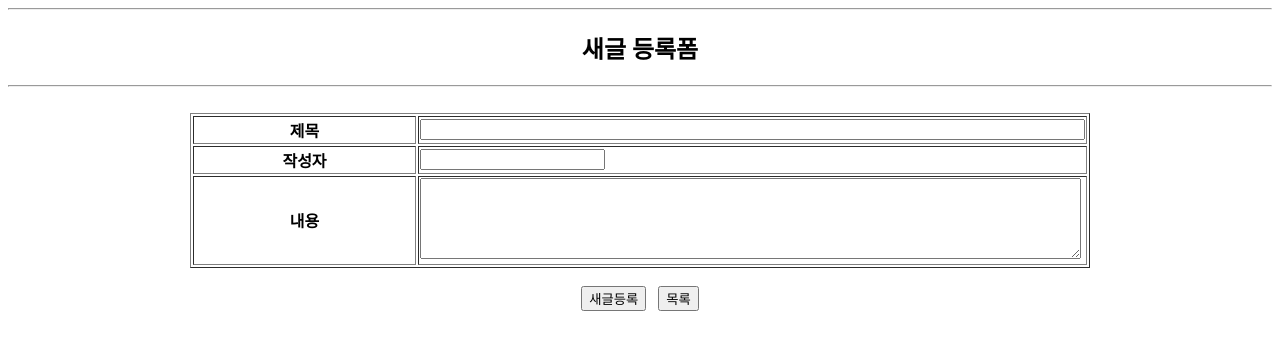
Repository: sunnny10/web-workspace
Page: http://localhost/Mission-Web/jsp/board/writeForm.jsp
An editor plug-in stored every save of this project. The page is shown before and after the next save, followed by the edit.
The browser window is 1280 px wide. The pictures show the whole page.
The page is served by Tomcat 9. Other server files are loaded and not shown.

Above is the page before, as saved 2022-06-02 08:19:38.

### Mission-Web/src/main/webapp/jsp/board/writeForm.jsp
<%@ page language="java" contentType="text/html; charset=UTF-8"
    pageEncoding="UTF-8"%>
<!DOCTYPE html>
<html>
<head>
<meta charset="UTF-8">
<title>Insert title here</title>
<script src="/Mission-Web/resource/js/jquery-3.6.0.min.js"></script>
<script>
	$(document).ready(function(){
		$('#listBtn').click(function(){
			location.href = 'list.jsp'
		})
	})

</script>
</head>
<body>
	<div align="center">
		<hr>
		<h2>새글 등록폼</h2>
		<hr>
		<br>
		<form>
			<table border="1" style="width=80%">
				<tr>
					<th width="25%">제목</th>
					<td><input type="text" name="title" size="80"></td>
				</tr>
				<tr>
					<th width="25%">작성자</th>
					<td><input type="text" name="writer"></td>
				</tr>
				<tr>
					<th width="25%">내용</th>
					<td>
						<textarea rows="5" cols="80" name="content"></textarea>
					</td>
				</tr>
			</table>
			<br>
			<input type="submit" value="새글등록">&nbsp;&nbsp;
			<button type="button" id="listBtn">목록</button>
		</form>
	</div>
</body>
</html>

Loaded but not shown: Mission-Web/src/main/webapp/resource/js/jquery-3.6.0.min.js (library)

After the next save:
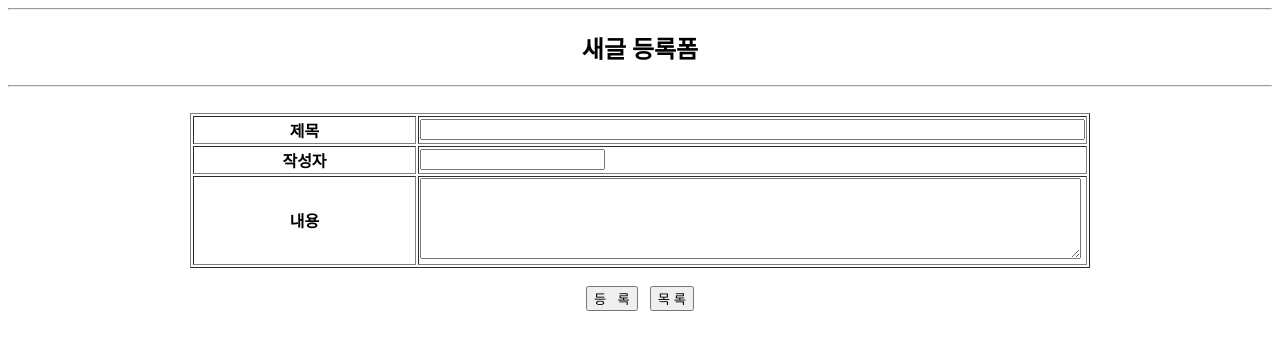
Saved 34 s later.
--- a/Mission-Web/src/main/webapp/jsp/board/writeForm.jsp
+++ b/Mission-Web/src/main/webapp/jsp/board/writeForm.jsp
@@ -39,8 +39,8 @@
 				</tr>
 			</table>
 			<br>
-			<input type="submit" value="새글등록">&nbsp;&nbsp;
-			<button type="button" id="listBtn">목록</button>
+			<input type="submit" value="등   록">&nbsp;&nbsp;
+			<button type="button" id="listBtn">목   록</button>
 		</form>
 	</div>
 </body>
